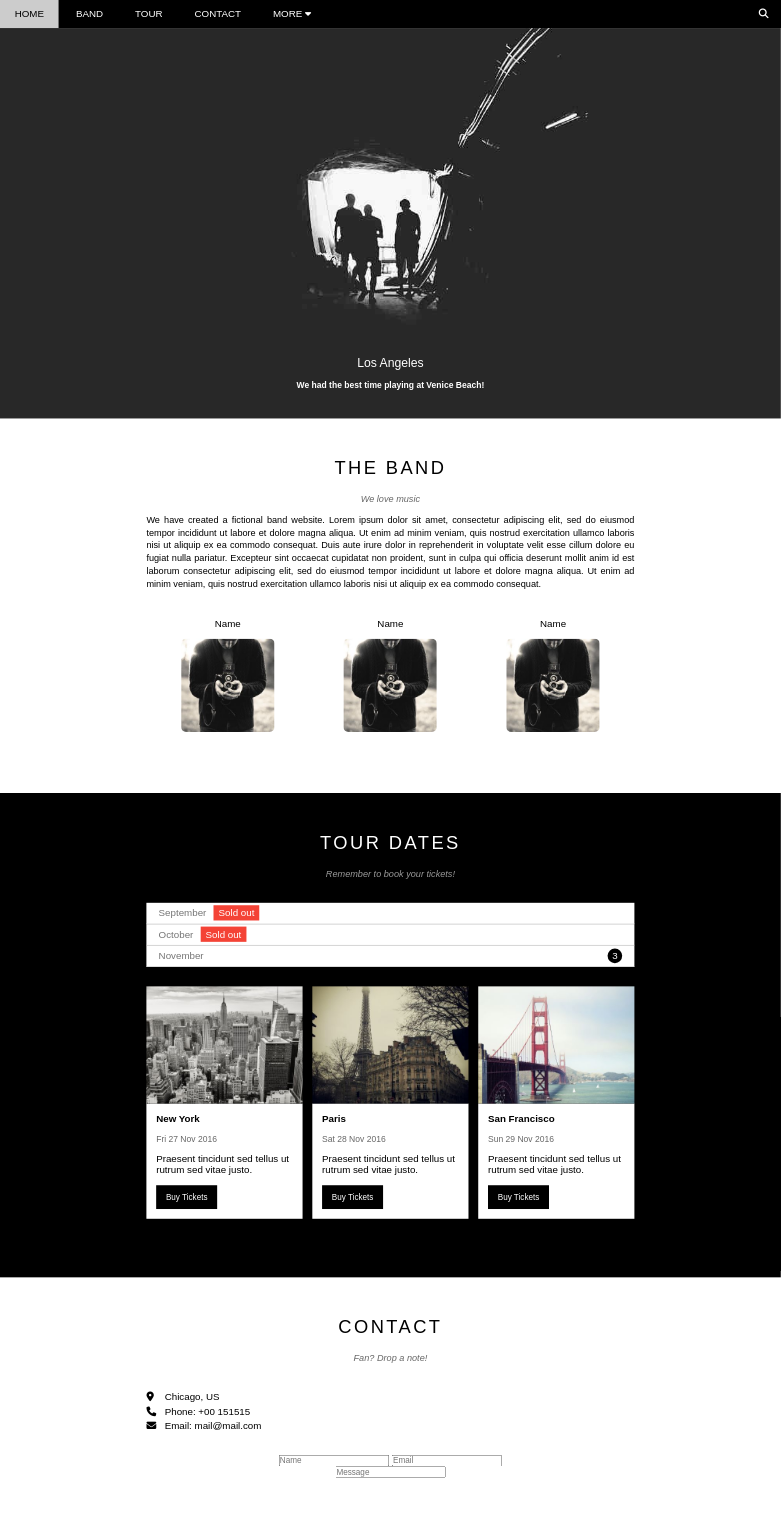
Repository: TranPhucThinh/clone-the-band
Page: index.html
The author's editor kept a copy of each file at every save. The page is drawn from the files as they stood at one save, then again after the next save.
The browser window is 1280 px wide. The pictures show the whole page, at 61% of full size.
Some web libraries are served in a nearby version.

Above is the page before, as saved 2022-08-04 15:00:28.

After the next save:
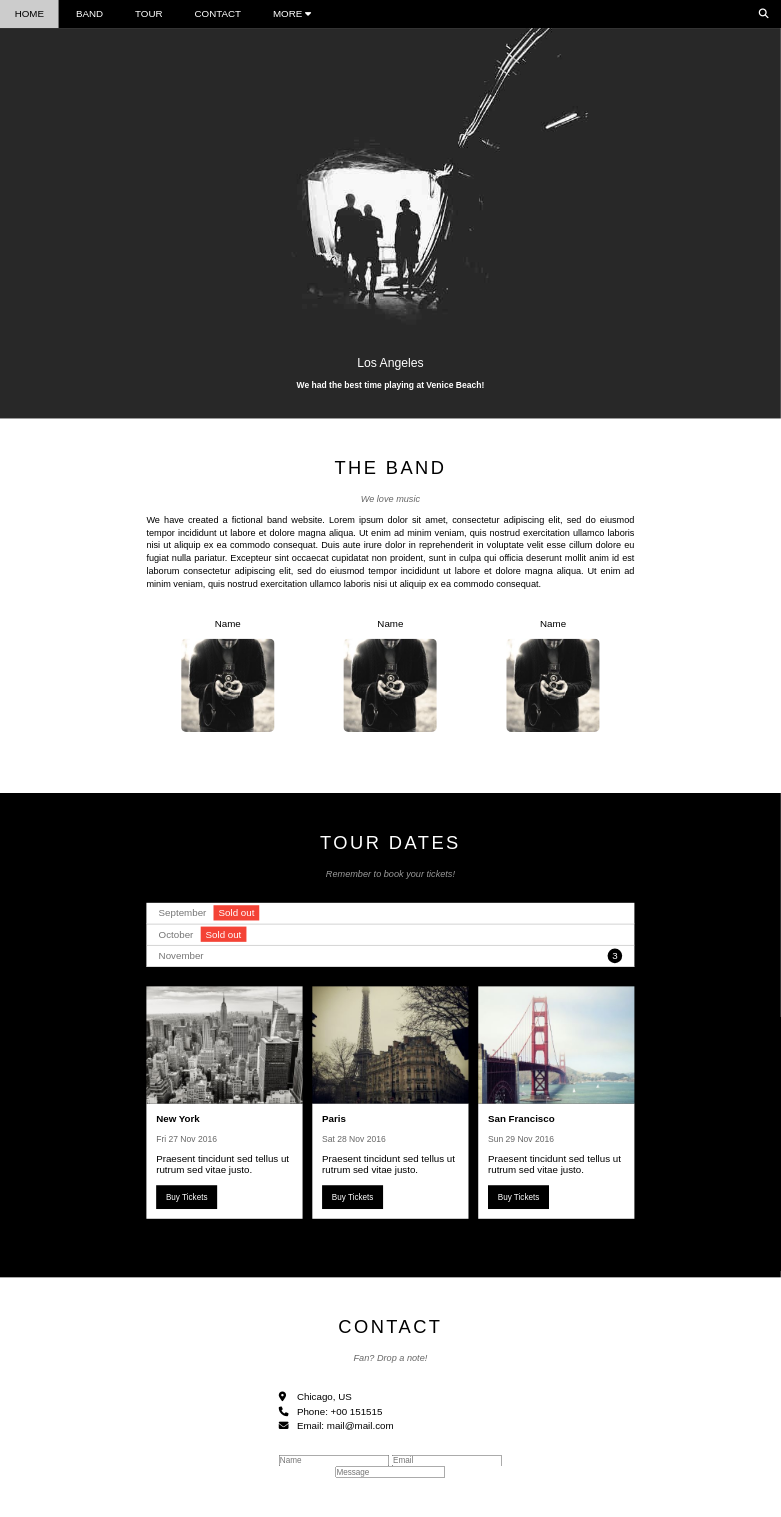
Saved 36 s later.
--- a/assets/style.css
+++ b/assets/style.css
@@ -256,6 +256,10 @@
 /* End of Tour date Section */
 
 /* Contact Section */
+.section-contact {
+  display: flex;
+}
+
 .contact-by {
   text-align: start;
   padding: 32px 0;
@@ -265,4 +269,5 @@
   width: 30px;
   margin-bottom: 8px;
 }
+
 /* End of Contact Section */

After the save that followed:
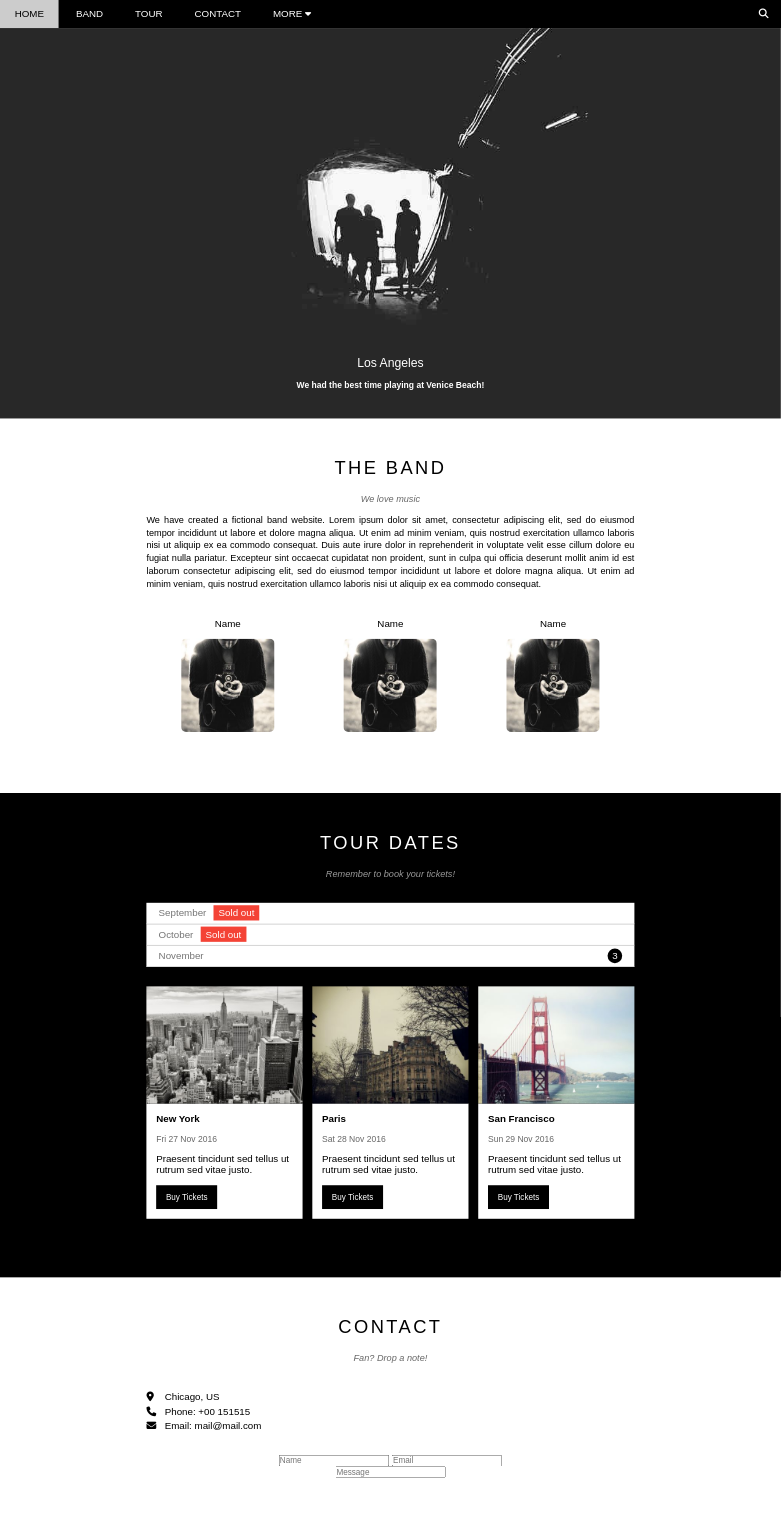
Saved 18 s later.
--- a/assets/style.css
+++ b/assets/style.css
@@ -256,9 +256,6 @@
 /* End of Tour date Section */
 
 /* Contact Section */
-.section-contact {
-  display: flex;
-}
 
 .contact-by {
   text-align: start;
